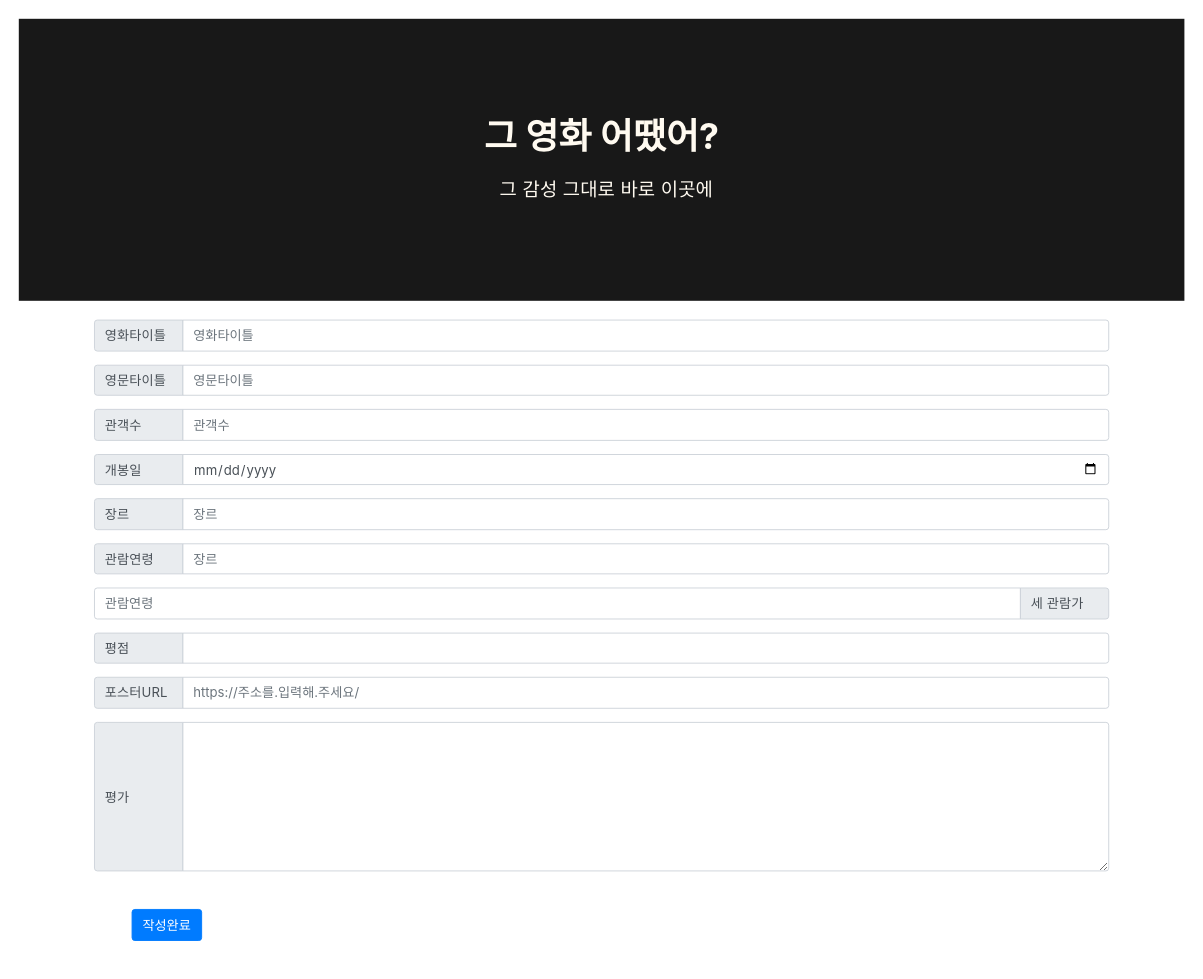
Repository: JungSWon/Project
Page: templates/new.html
The author's editor kept a record of every edit. The page is drawn from the files as they stood at one moment, then again after the next edit.
The browser window is 1280 px wide. The pictures show the whole page, at 94% of full size.
Some web libraries are served in a nearby version. The template is drawn by Flask 3. The application's start-up code is not run. Other server files are loaded and not shown. The template is opened directly, without the code that normally fills it, so the values that code supplies are empty.

Above is the page before.

### 04_CRUD/templates/new.html
<!DOCTYPE html>
<html lang="ko">
<head>
    <meta charset="UTF-8">
    <meta name="viewport" content="width=device-width, initial-scale=1.0">
    <meta http-equiv="X-UA-Compatible" content="ie=edge">
    <link rel="stylesheet" href="https://stackpath.bootstrapcdn.com/bootstrap/4.2.1/css/bootstrap.min.css" integrity="sha384-GJzZqFGwb1QTTN6wy59ffF1BuGJpLSa9DkKMp0DgiMDm4iYMj70gZWKYbI706tWS" crossorigin="anonymous">
    <script src="https://code.jquery.com/jquery-3.3.1.slim.min.js" integrity="sha384-q8i/X+965DzO0rT7abK41JStQIAqVgRVzpbzo5smXKp4YfRvH+8abtTE1Pi6jizo" crossorigin="anonymous"></script>
    <script src="https://cdnjs.cloudflare.com/ajax/libs/popper.js/1.14.6/umd/popper.min.js" integrity="sha384-wHAiFfRlMFy6i5SRaxvfOCifBUQy1xHdJ/yoi7FRNXMRBu5WHdZYu1hA6ZOblgut" crossorigin="anonymous"></script>
    <script src="https://stackpath.bootstrapcdn.com/bootstrap/4.2.1/js/bootstrap.min.js" integrity="sha384-B0UglyR+jN6CkvvICOB2joaf5I4l3gm9GU6Hc1og6Ls7i6U/mkkaduKaBhlAXv9k" crossorigin="anonymous"></script>
    <link href="https://fonts.googleapis.com/css?family=Gothic+A1:400,700,900|Roboto+Mono:400,500,700" rel="stylesheet">
    <link rel="stylesheet" type="text/css" href="/static/css/style.css" media="screen" />
    <title>list in DB</title>
</head>






<body>
<!--
    <form action='/movies/create' method = "POST">
        <div class="form-group">
        title: <input type='text' name='title'><br>
        title_en: <input type='text' name='title_en'><br>
        audience: <input type='number' min=0 name='audience'><br>
        open_date: <input type='date' name='open_date'><br>
        genre: <input type='text' name='genre'><br>
        watch_grade: <input type='text' name='watch_grade'><br>
        score: <input type='number' name='score' max=5 min=0 step=0.5><br>
        poster_url: <input type='text' name='poster_url'><br>
        description:<br> <textarea class="form-control" rows="5" name='description'></textarea>
        <br>
        </div>
        <button type="submit" class="btn btn-primary">Form Submit</button>
    </form>
-->
    <section id='cover'>
        <div class="container">
            <div class="col">
                <h3 class="cover-title">
                    그 영화 어땠어?
                </h3>
                <a class="cover-text"> 그 감성 그대로 바로 이곳에</a>
            </div>
        </div>
    </section>

    <form action='/movies/create' method = "POST">
        <div class="container">
            <div class="col">
            <!--아래로 코멘트 생성 -->
                <!--타이틀-->
                <div class="input-group mb-3">
                    <div class="input-group-prepend">
                        <span class="input-group-text" id="basic-addon1">영화타이틀</span>
                    </div>
                    <input type="text" class="form-control" placeholder="영화타이틀" name='title' aria-describedby="basic-addon1">
                </div>
                <!--영문타이틀-->
                <div class="input-group mb-3">
                    <div class="input-group-prepend">
                        <span class="input-group-text" id="basic-addon2">영문타이틀</span>
                    </div>
                    <input type="text" class="form-control" placeholder="영문타이틀" name='title_en' aria-label="Recipient's username" aria-describedby="basic-addon2">
                </div>
                <!--관객수-->
                <div class="input-group mb-3">
                    <div class="input-group-prepend">
                        <span class="input-group-text" id="basic-addon1">관객수</span>
                    </div>
                    <input type="number"  min=0 class="form-control" placeholder="관객수" name='audience' aria-describedby="basic-addon1">
                </div>
                <!--개봉일-->
                <div class="input-group mb-3">
                    <div class="input-group-prepend">
                        <span class="input-group-text" id="basic-addon1">개봉일</span>
                    </div>
                    <input type="date" class="form-control" name='open_date' aria-describedby="basic-addon1">
                </div>
                <!--장르-->
                <div class="input-group mb-3">
                    <div class="input-group-prepend">
                        <span class="input-group-text" id="basic-addon2">장르</span>
                    </div>
                    <input type="text" class="form-control" placeholder="장르" name='genre' aria-label="Recipient's username" aria-describedby="basic-addon2">
                </div>
                <!--관람연령-->
                <div class="input-group mb-3">
                    <div class="input-group-prepend">
                        <span class="input-group-text" id="basic-addon2">관람연령</span>
                    </div>
                    <input type="text" class="form-control" placeholder="장르" name='genre' aria-label="Recipient's username" aria-describedby="basic-addon2">
                </div>

                <div class="input-group mb-3">

                    <input type="text" class="form-control" placeholder="관람연령" name='watch_grade' aria-label="Recipient's username" aria-describedby="basic-addon2">
                    <div class="input-group-append">
                        <span class="input-group-text" id="basic-addon2">세 관람가</span>
                    </div>
                </div>
                <!--별점-->
                <div class="input-group mb-3">
                    <div class="input-group-prepend">
                        <span class="input-group-text" id="basic-addon2">평점</span>
                    </div>
                    <input type="number" max=5 min=0 step=0.5 class="form-control" name='score' aria-label="Recipient's username" aria-describedby="basic-addon2">
                </div>
                <!--포스터URL-->
                <div class="input-group mb-3">
                    <div class="input-group-prepend">
                        <span class="input-group-text" id="basic-addon2"> 포스터URL</span>
                    </div>
                    <input type="text" class="form-control" placeholder="https://주소를.입력해.주세요/" name='poster_url' aria-label="Recipient's username" aria-describedby="basic-addon2">
                </div>


                <!--평가-->
                <div class="input-group">
                    <div class="input-group-prepend">
                        <span class="input-group-text">평가</span>
                    </div>
                    <textarea class="form-control" name='description' rows='7' aria-label="With textarea"></textarea>
                </div>
            <!--코멘트 인풋 그룹 끝-->
                <button type="submit" class="btn btn-primary">작성완료</button>
            </div>
        </div>
    </form>


</body>
</html>

### 04_CRUD/static/css/style.css
html{
    font-size: 14px;
    font-family: 'Gothic A1', sans-serif;
    font-family: 'Roboto Mono', monospace;
    color: #181818;
    letter-spacing: 0.01em;
}

#cover{
    display: flex;
    justify-content: flex-start;
    align-items: center;
    margin: 20px;
    padding: 20px;
    height: 300px;
    background-size: cover;
    background-color: #181818;
    background-position: center center;
    color: floralwhite;
}

.cover-title{
    font-size: 38px;
    line-height: 1.15;
    font-weight: 700;
    margin-bottom: 20px;
    display: flex;
    justify-content: center;
}
.cover-text{
    font-size: 20px;
    line-height: 1.5;
    display: flex;
    justify-content: center;
    font-weight: 200;
    margin-left: 10px;
}
.btn{
    display: flex;
    justify-content: center;
    align-items: center;
    margin: 40px;
}


.input-group-text{
    width: 95px;
}

.fin .btn{
    height: 100%;
    margin: 0;
    padding: 0;
}

.jumbotron{
    margin-top: 50px;
}

.show_btn .btn{
    display: flex;
    justify-content: end;
    align-items: end;
}

After the next edit:
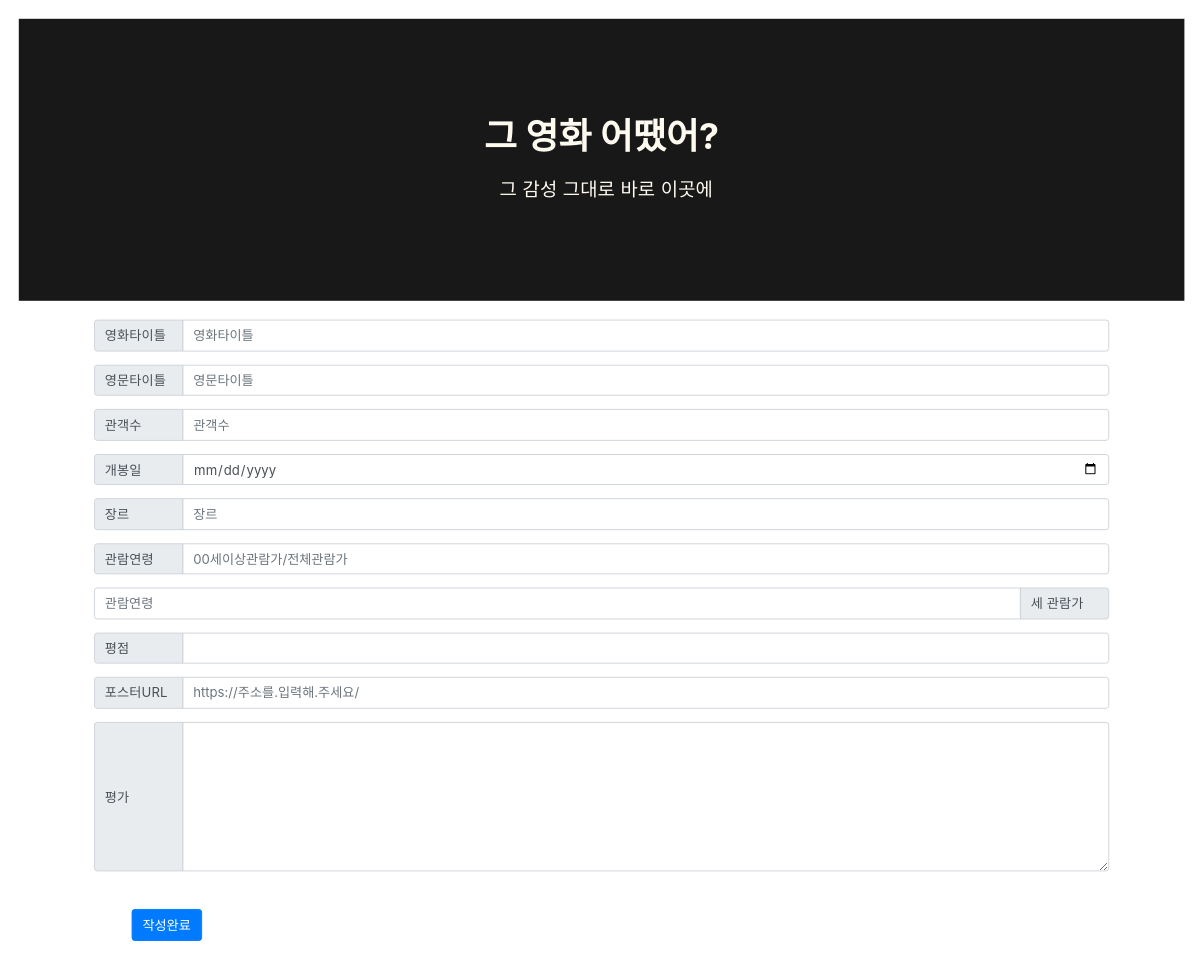
The edit:
--- a/04_CRUD/templates/new.html
+++ b/04_CRUD/templates/new.html
@@ -91,7 +91,7 @@
                     <div class="input-group-prepend">
                         <span class="input-group-text" id="basic-addon2">관람연령</span>
                     </div>
-                    <input type="text" class="form-control" placeholder="장르" name='genre' aria-label="Recipient's username" aria-describedby="basic-addon2">
+                    <input type="text" class="form-control" placeholder="00세이상관람가/전체관람가" name='watch_grade' aria-label="Recipient's username" aria-describedby="basic-addon2">
                 </div>
 
                 <div class="input-group mb-3">
